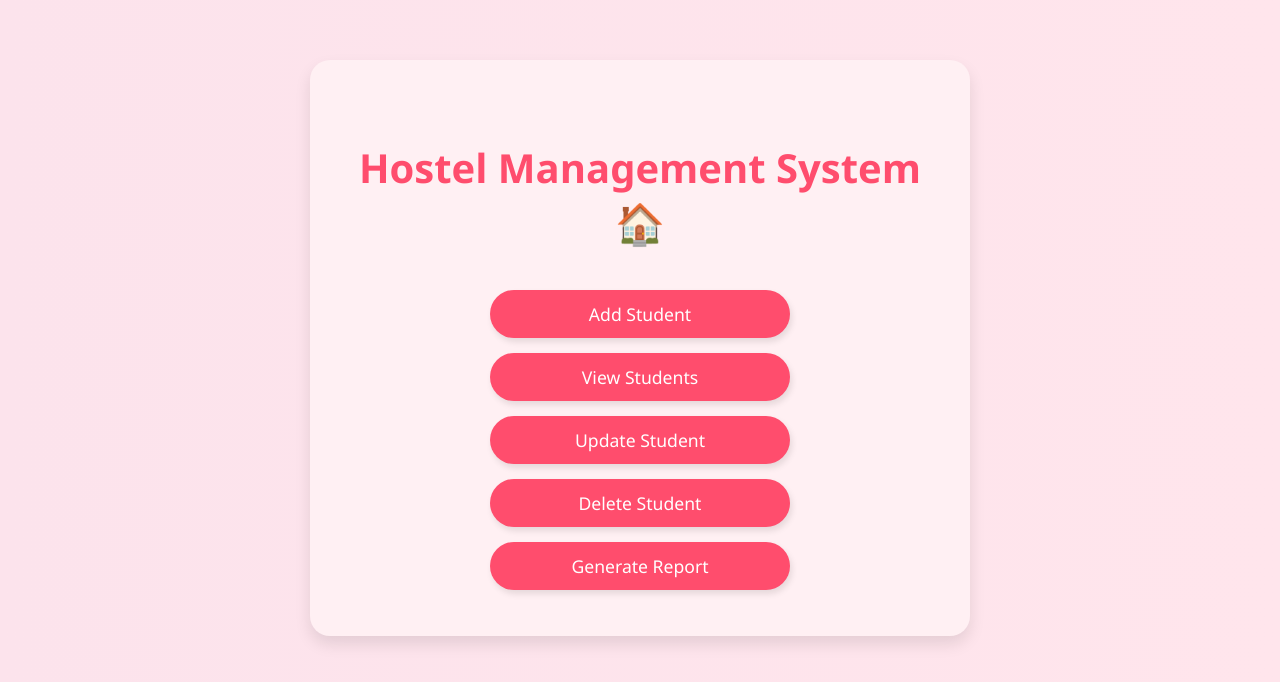
Repository: Keerthana2M/Hostel-Management-system
Page: http://localhost/Hostelweb/
These files come from the project's save history. The page is drawn as it stood at one moment and after the next save; the edit follows.
The browser window is 1280 px wide. The pictures show the whole page.
The page is served by Tomcat 9. Other server files are loaded and not shown.

Above is the page before, as saved 2025-05-29 16:56:40.

### Hostelweb/src/main/webapp/index.jsp
<%@ page language="java" contentType="text/html; charset=UTF-8" pageEncoding="UTF-8"%>
<!DOCTYPE html>
<html>
<head>
    <title>Hostel Management System</title>
    <style>
        body {
            font-family: 'Segoe UI', Tahoma, Geneva, Verdana, sans-serif;
            background: linear-gradient(to right, #fce3ec, #ffe5ec);
            margin: 0;
            padding: 0;
            text-align: center;
        }

        h1 {
            margin-top: 50px;
            font-size: 2.5em;
            color: #ff4d6d;
            text-shadow: 1px 1px 2px #fff0f3;
        }

        ul {
            list-style: none;
            padding: 0;
            margin-top: 40px;
            max-width: 300px;
            margin-left: auto;
            margin-right: auto;
            text-align: left;
        }

        li {
            margin: 15px 0;
        }

        a {
            text-decoration: none;
            background-color: #ff4d6d;
            color: white;
            padding: 12px 25px;
            border-radius: 30px;
            font-size: 1.1em;
            transition: background-color 0.3s ease, transform 0.2s ease;
            box-shadow: 2px 4px 6px rgba(0, 0, 0, 0.1);
            display: inline-block;
            width: 100%;
            box-sizing: border-box;
            text-align: center;
        }

        a:hover {
            background-color: #ff6b81;
            transform: scale(1.05);
        }

        /* Centered container for Generate Report button */
        .generate-report-container {
            margin-top: 50px;
            text-align: center;
        }

        .generate-report-button {
            display: inline-block;
            padding: 14px 40px;
            background-color: #ff4d6d;
            color: white;
            border-radius: 30px;
            font-size: 1.3em;
            box-shadow: 2px 4px 8px rgba(0,0,0,0.15);
            text-decoration: none;
            transition: background-color 0.3s ease, transform 0.2s ease;
        }

        .generate-report-button:hover {
            background-color: #ff6b81;
            transform: scale(1.1);
        }

        .container {
            max-width: 600px;
            margin: 0 auto;
            background: #fff0f3;
            padding: 30px;
            border-radius: 20px;
            box-shadow: 0 8px 16px rgba(0,0,0,0.1);
            margin-top: 60px;
        }
    </style>
</head>
<body>
    <div class="container">
        <h1> Hostel Management System 🏠</h1>

        <ul>
            <li><a href="studentadd.jsp">Add Student</a></li>
            <li><a href="DisplayStudentsServlet">View Students</a></li>
            <li><a href="studentupdate.jsp">Update Student</a></li>
            <li><a href="studentdelete.jsp">Delete Student</a></li>
            <li><a href="ReportCriteriaServlet">Generate Report</a></li>
        </ul>


    </div>
</body>
</html>

After the next save:
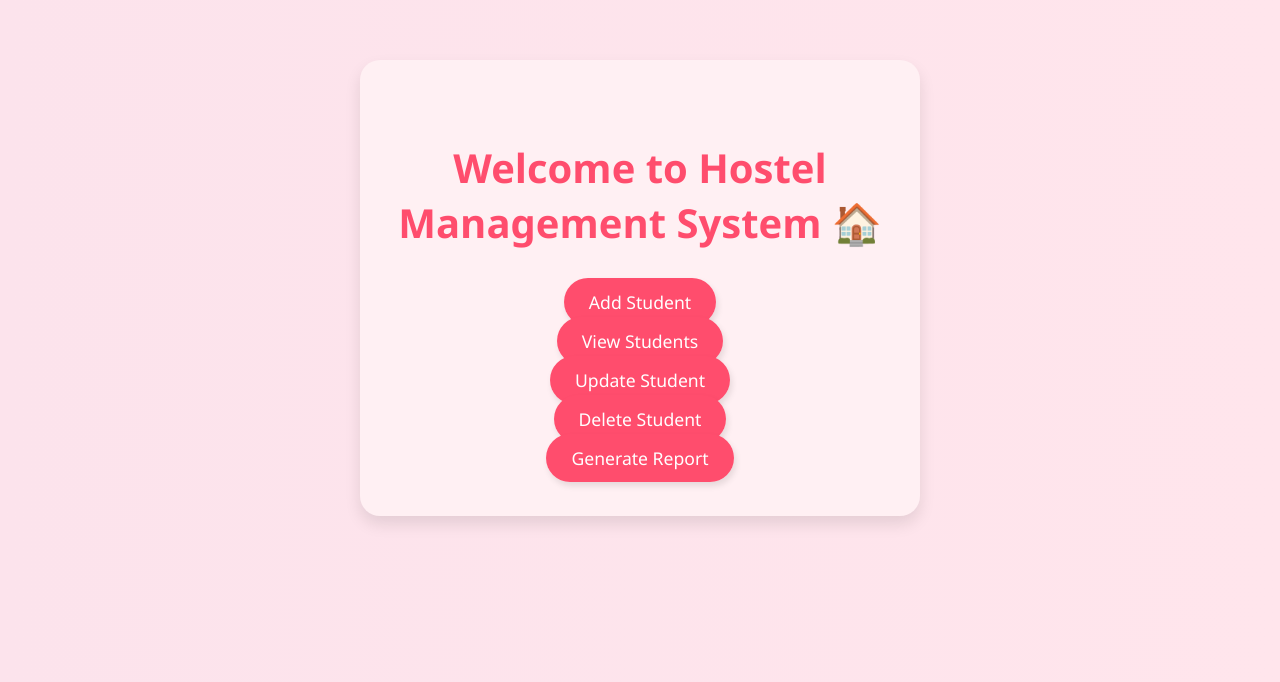
Saved 2 min 10 s later.
--- a/Hostelweb/src/main/webapp/index.jsp
+++ b/Hostelweb/src/main/webapp/index.jsp
@@ -23,10 +23,6 @@
             list-style: none;
             padding: 0;
             margin-top: 40px;
-            max-width: 300px;
-            margin-left: auto;
-            margin-right: auto;
-            text-align: left;
         }
 
         li {
@@ -42,10 +38,6 @@
             font-size: 1.1em;
             transition: background-color 0.3s ease, transform 0.2s ease;
             box-shadow: 2px 4px 6px rgba(0, 0, 0, 0.1);
-            display: inline-block;
-            width: 100%;
-            box-sizing: border-box;
-            text-align: center;
         }
 
         a:hover {
@@ -53,31 +45,8 @@
             transform: scale(1.05);
         }
 
-        /* Centered container for Generate Report button */
-        .generate-report-container {
-            margin-top: 50px;
-            text-align: center;
-        }
-
-        .generate-report-button {
-            display: inline-block;
-            padding: 14px 40px;
-            background-color: #ff4d6d;
-            color: white;
-            border-radius: 30px;
-            font-size: 1.3em;
-            box-shadow: 2px 4px 8px rgba(0,0,0,0.15);
-            text-decoration: none;
-            transition: background-color 0.3s ease, transform 0.2s ease;
-        }
-
-        .generate-report-button:hover {
-            background-color: #ff6b81;
-            transform: scale(1.1);
-        }
-
         .container {
-            max-width: 600px;
+            max-width: 500px;
             margin: 0 auto;
             background: #fff0f3;
             padding: 30px;
@@ -85,11 +54,36 @@
             box-shadow: 0 8px 16px rgba(0,0,0,0.1);
             margin-top: 60px;
         }
+
+        /* Success message style */
+        .success-message {
+            padding: 10px;
+            margin: 10px auto 30px auto;
+            max-width: 500px;
+            color: #155724;
+            background-color: #d4edda;
+            border: 1px solid #c3e6cb;
+            border-radius: 6px;
+            text-align: center;
+            font-weight: bold;
+        }
     </style>
 </head>
 <body>
     <div class="container">
-        <h1> Hostel Management System 🏠</h1>
+
+        <h1>Welcome to Hostel Management System 🏠</h1>
+
+        <%-- Success message display --%>
+        <%
+            String message = (String) session.getAttribute("message");
+            if (message != null) {
+        %>
+            <div class="success-message"><%= message %></div>
+        <%
+                session.removeAttribute("message"); // Clear message after showing
+            }
+        %>
 
         <ul>
             <li><a href="studentadd.jsp">Add Student</a></li>
@@ -98,8 +92,6 @@
             <li><a href="studentdelete.jsp">Delete Student</a></li>
             <li><a href="ReportCriteriaServlet">Generate Report</a></li>
         </ul>
-
-
     </div>
 </body>
 </html>
